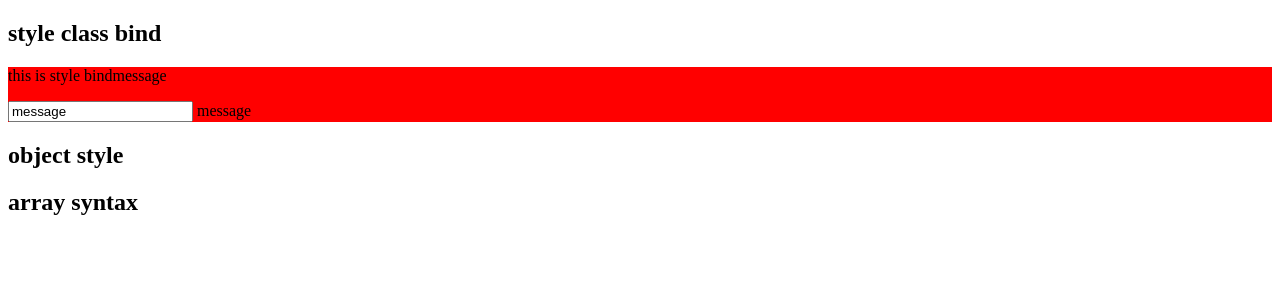
Repository: MeghaNagari/PracticeAtVMC
Page: Practice/VuePractice/WebContent/ClassStyleBind.html
These files come from the project's save history. The page is drawn as it stood at one moment and after the next save; the edit follows.
The browser window is 1280 px wide. The pictures show the whole page.
Some web libraries are served in a nearby version.

Above is the page before, as saved 2018-03-19 18:09:26.

### Practice/VuePractice/WebContent/ClassStyleBind.html
<!DOCTYPE html>
<html>
<head>
<meta charset="UTF-8">
<title>Insert title here</title>
<script src="https://cdn.jsdelivr.net/npm/vue@2.5.16/dist/vue.js"></script>

<style>
         .active {
            background: red;
         }




      </style>

</head>
<body>
<h2>style class bind</h2>
<div id="test1">
<div class="static" v-bind:class="{ active: isActive, 'text-danger': hasError }">

     <p> this is style bind{{msg}}</p>



<input type="text" v-model=msg>
{{msg}}
</div>
</div>
<div id="test2"></div>
<div id="test3">
<div v-bind:class="classObject">
<h2>object style</h2>
</div>
</div>

<h2>array syntax</h2>
<div v-bind:class="[activeClass, errorClass]"></div>

</body>

<script>
new Vue({

	el:"#test1",
	data: {
		  isActive: true,
		  hasError: false,
		  msg:"message"
		}


})

</script>

<script>
new Vue({
	el:"#test2",

data: {
	  isActive: true,
	  error: null
	},
	computed: {
	  classObject: function () {
	    return {
	      active: this.isActive && !this.error,
	      'text-danger': this.error && this.error.type === 'fatal'
	    }
	  }
	}
})


</script>


<script>

new Vue({

	el:"#test3",
	data: {
		  activeClass: 'active',
		  errorClass: 'text-danger'
		}


})



</script>


</html>

After the next save:
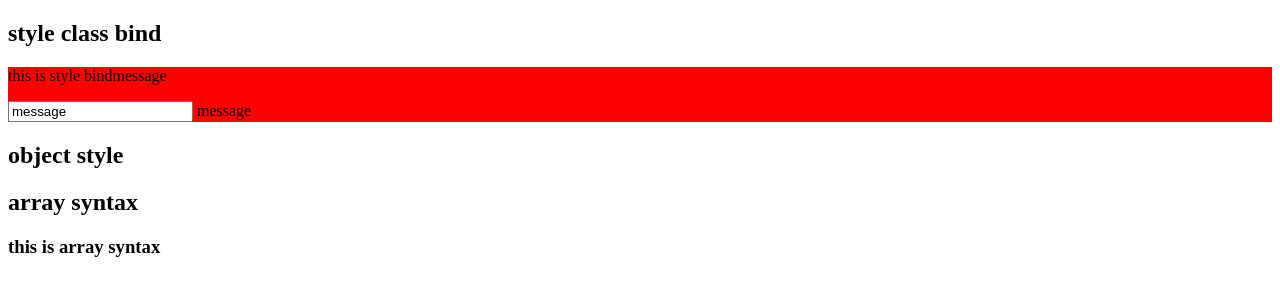
Saved 26 s later.
--- a/Practice/VuePractice/WebContent/ClassStyleBind.html
+++ b/Practice/VuePractice/WebContent/ClassStyleBind.html
@@ -37,7 +37,10 @@
 </div>
 
 <h2>array syntax</h2>
-<div v-bind:class="[activeClass, errorClass]"></div>
+<div v-bind:class="[activeClass, errorClass]">
+<h3>this is array syntax</h3>
+
+</div>
 
 </body>
 
